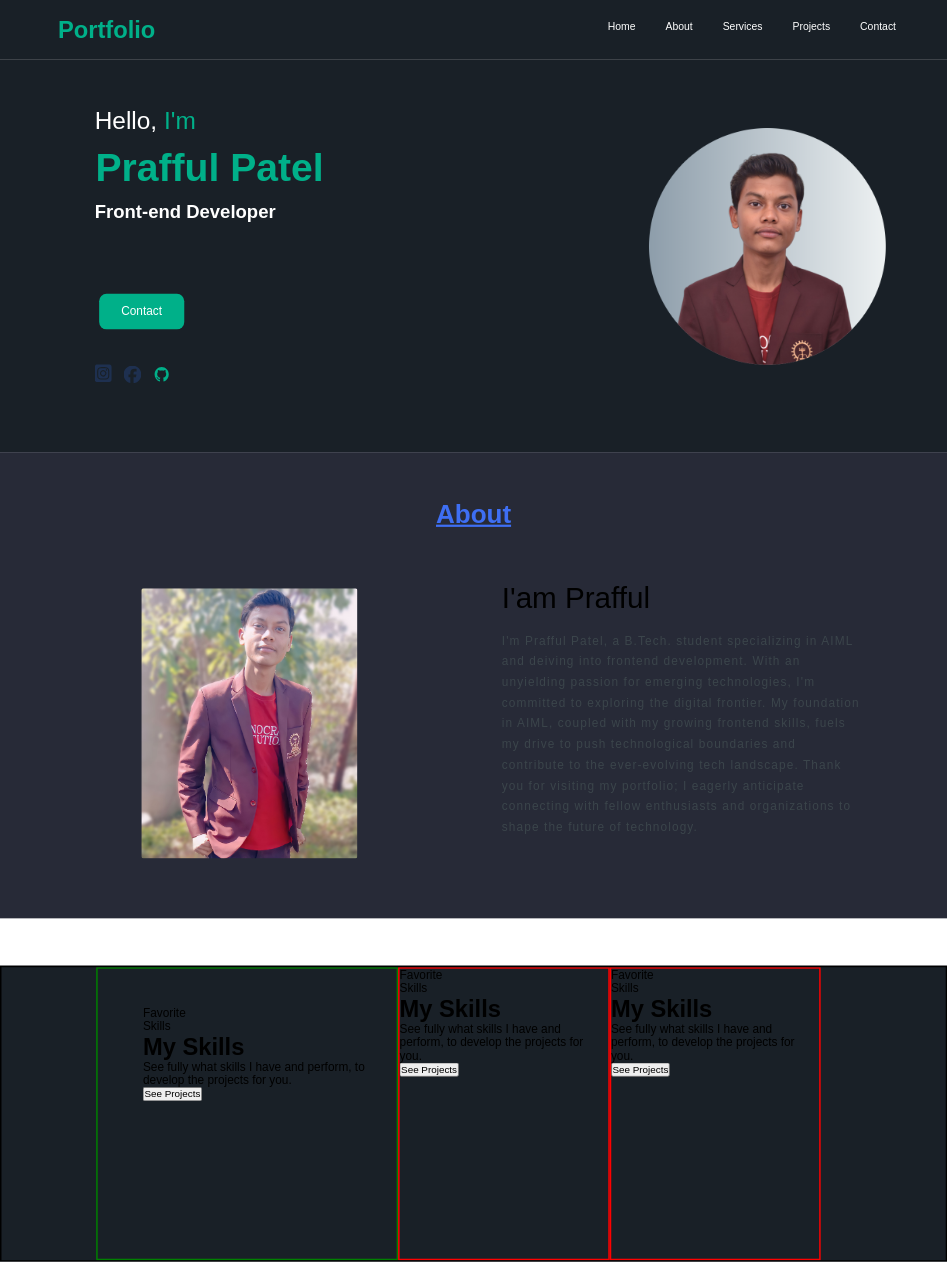
Repository: PraffulPatel27/Portfolio_2.0
Page: index.html
An editor plug-in stored every save of this project. The page is shown before and after a run of saves, followed by the edit.
The browser window is 1280 px wide. The pictures show the whole page, at 74% of full size.

Above is the page before, as saved 2024-01-01 15:59:00.

After the next 2 saves:
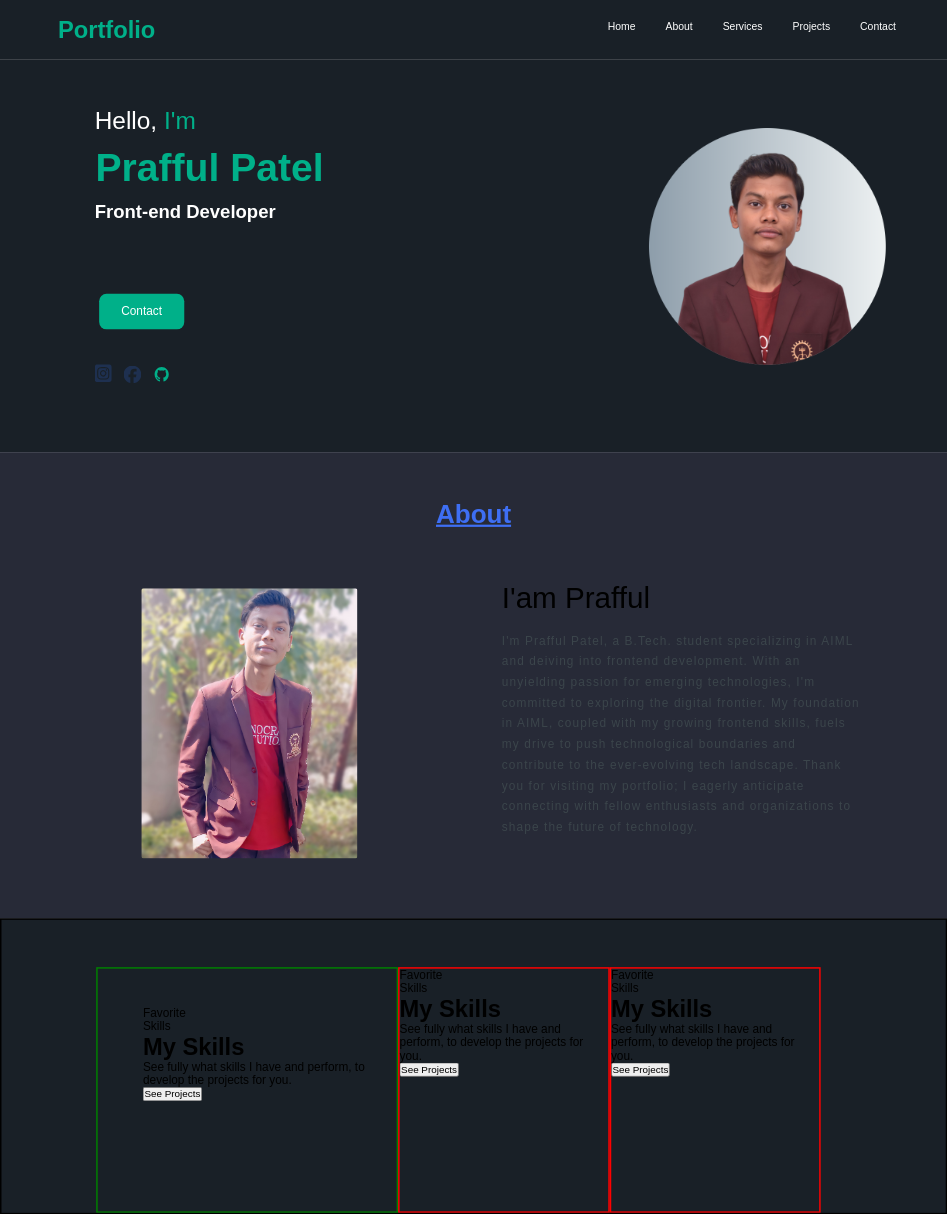
The 2 saves are shown as one change because they came seconds apart.
The last was saved 14 s later.
--- a/style.css
+++ b/style.css
@@ -214,7 +214,7 @@
  /*********************** Section - 3 **************************/
  .section-3 {
     height: 25rem;
-    margin-top: 5%;
+    padding-top: 5%;
     flex-wrap: wrap;
     display: flex;
     /* flex-direction: row; */
